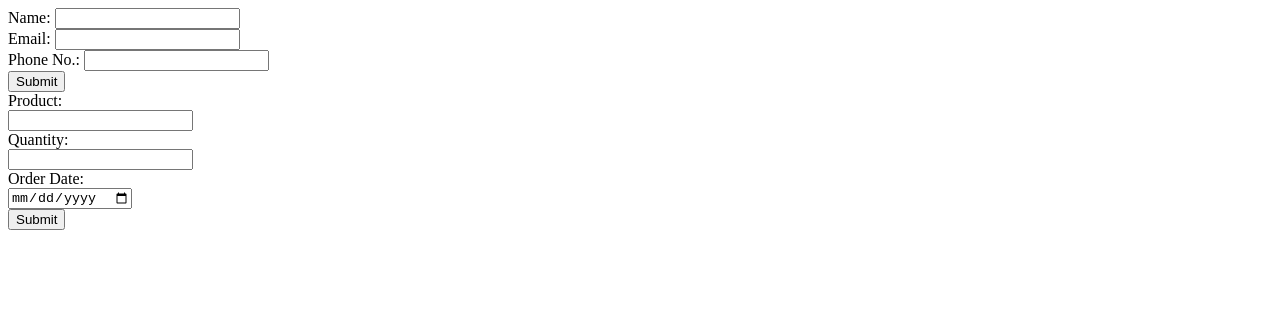
Repository: kua23/springboot
Page: amazon/amazon/src/main/resources/static/index.html
The author's editor kept a copy of each file at every save. The page is drawn from the files as they stood at one save, then again after the next save.
The browser window is 1280 px wide. The pictures show the whole page.

Above is the page before, as saved 2025-04-14 00:54:16.

### amazon/amazon/src/main/resources/static/index.html
<!DOCTYPE html>
<html>
<head>
<meta charset="UTF-8">
<title>Amazon.com</title>
</head>
<body>
<form action="/customers" method = "POST">
	<label for="message"> Name: </label>
	<input type="text" id="name" name="name"><br>
	<label for="message"> Email: </label>
	<input type="email" id="email" name="email"><br>
	<label for="message"> Phone No.: </label>
	<input type="number" id="phoneNumber" name="phoneNumber"><br>
	<button type="submit">Submit</button>
</form>

<form action="/orders" method = "POST">
	<label for="message">Product:</label><br>
	<input type="text" id="product" name="product"><br>
	<label for="message">Quantity:</label><br>
	<input type="number" id="quantity" name="quantity"><br>
	<label for="message">Order Date:</label><br>
	<input type="date" id="orderDate" name="orderDate"><br>
	<button type = "submit">Submit</button>
</form>
</body>
</html>

After the next save:
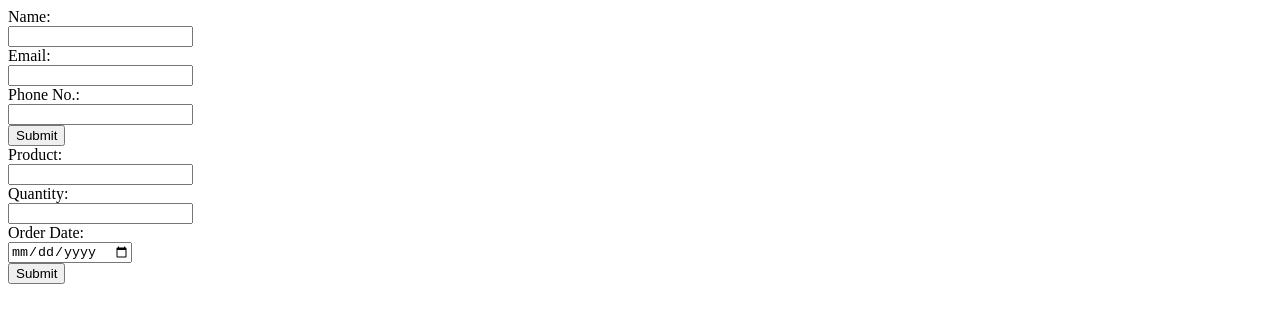
Saved 37 s later.
--- a/amazon/amazon/src/main/resources/static/index.html
+++ b/amazon/amazon/src/main/resources/static/index.html
@@ -6,11 +6,11 @@
 </head>
 <body>
 <form action="/customers" method = "POST">
-	<label for="message"> Name: </label>
+	<label for="message"> Name: </label><br>
 	<input type="text" id="name" name="name"><br>
-	<label for="message"> Email: </label>
+	<label for="message"> Email: </label><br>
 	<input type="email" id="email" name="email"><br>
-	<label for="message"> Phone No.: </label>
+	<label for="message"> Phone No.: </label><br>
 	<input type="number" id="phoneNumber" name="phoneNumber"><br>
 	<button type="submit">Submit</button>
 </form>
